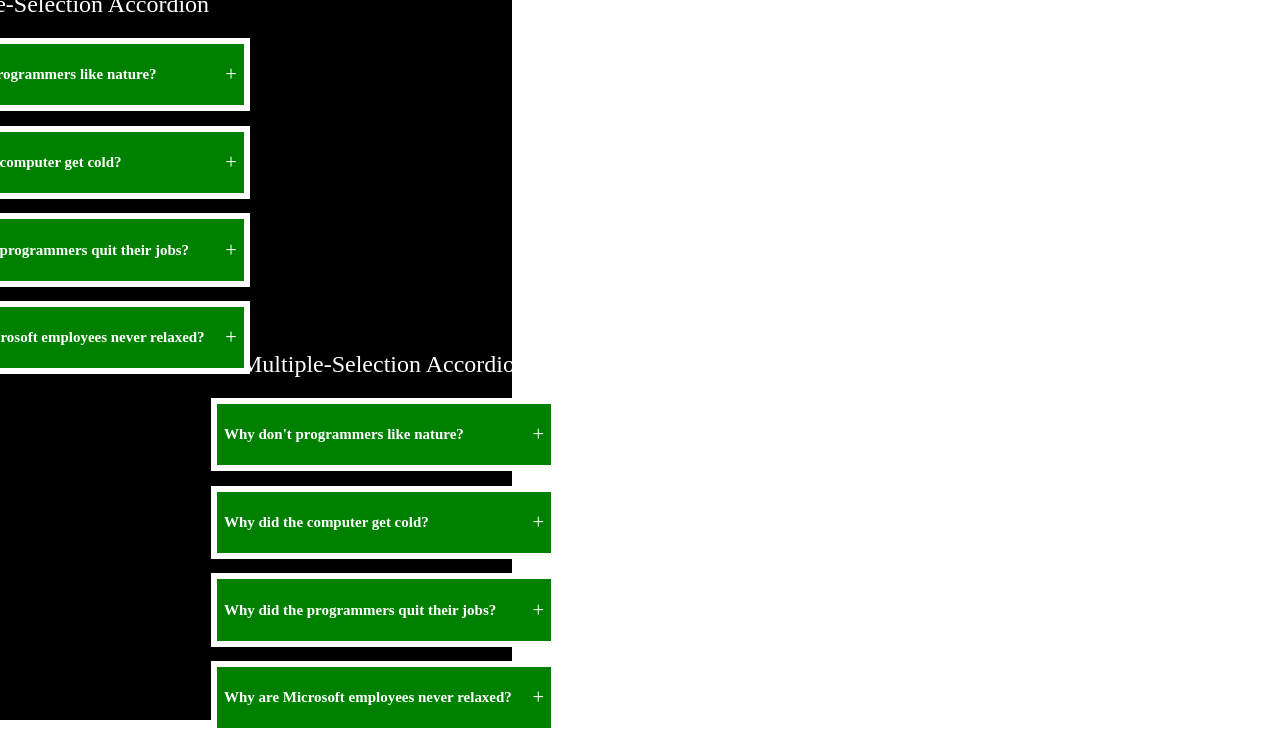
Repository: kosenijr/react-projects
Page: / (app in accordion/)
These files come from the project's save history. The page is drawn as it stood at one moment and after the next save; the edit follows.
The browser window is 1280 px wide. The pictures show the whole page.
The project was rebuilt for these pictures with package versions that can differ from the ones it lists, and the page was loaded fresh each time.

Above is the page before, as saved 2024-03-03 12:51:30.

### accordion/src/App.js
import React from "react";
import "./App.css";
import SingleSelection from "./components/SingleSelection";
import MultiSelection from "./components/MultiSelection";

function App() {
  return (
    <div className="App">
      <SingleSelection />
      <MultiSelection />
    </div>
  );
}

export default App;

### accordion/src/App.css
.App {
  height: 100vh;
  width: 40vw;
  text-align: center;
  background-color: black;
  color: white;
}

### accordion/src/components/SingleSelection.js
import React, { useState } from "react";
import "../styles/SingleSelection.css";
import data from "../data";

function SingleSelection() {
  // setting up useState.
  const [selected, setSelected] = useState(null);
  // setting up handling
  const handleSingleSelection = (getCurrentId) => {
    console.log(selected, getCurrentId);
    // setSelected(getCurrentId === selected ? null : getCurrentId); // keep add condition for closure
    setSelected(selected !== getCurrentId ? getCurrentId : null);
  };

  return (
    <div className="single-selection-wrapper">
      {/* Single-Selection Accordion */}
      <div className="single-selection-accordion">
        <h2 className="single-selection-description">Single-Selection Accordion</h2>
        {data && data.length > 0 ? (
          data.map((dataItem) => (
            <div className="single-selection-item" key={dataItem.id} onClick={() => handleSingleSelection(dataItem.id)}>
              {/* always remember to add key */}
              <div className="single-selection-title">
                <h3>{dataItem.question}</h3>
                <span className="single-selection-span">{selected === dataItem.id ? "-" : "+"}</span>
              </div>
              {selected === dataItem.id ? (
                <div className="single-selection-content ">{dataItem.answer}</div>
              ) : null}
            </div>
          ))
        ) : (
          <div>No data found!</div>
        )}
      </div>
    </div>
  );
}

export default SingleSelection;

### accordion/src/components/MultiSelection.js
import React, { useState } from "react";
import "../styles/MultiSelection.css";
import data from "../data";

function MultiSelection() {
  // setting up useState.
  const [selected, setSelected] = useState(null);
  // setting up handling
  const handleMultiSelection = (getCurrentId) => {
    console.log(selected, getCurrentId);
    // setSelected(getCurrentId === selected ? null : getCurrentId); // keep add condition for closure
    setSelected(selected !== getCurrentId ? getCurrentId : null);
  };

  return (
    <div className="multi-selection-wrapper">
      {/* Multi-Selection Accordion */}
      <div className="multi-selection-accordion">
        <h2 className="multi-selection-description">Multiple-Selection Accordion</h2>
        {data && data.length > 0 ? (
          data.map((dataItem) => (
            <div className="multi-selection-item" key={dataItem.id} onClick={() => handleMultiSelection(dataItem.id)}>
              {/* always remember to add key */}
              <div className="multi-selection-title">
                <h3>{dataItem.question}</h3>
                <span className="multi-selection-span">{selected === dataItem.id ? "-" : "+"}</span>
              </div>
              {selected === dataItem.id ? (
                <div className="multi-selection-content ">{dataItem.answer}</div>
              ) : null}
            </div>
          ))
        ) : (
          <div>No data found!</div>
        )}
      </div>
    </div>
  );
}

export default MultiSelection;

### accordion/src/styles/SingleSelection.css
.single-selection-wrapper {
  display: flex;
  justify-content: center;
  align-items: center;
  height:50vh;
  width: 30%;
}

.single-selection-description {
  font-family: "Raleway";
  font-weight: 500;
}

.single-selection-item {
  background-color: green;
  color: white;
  font-size: 0.8em;
  font-family: "Raleway", "Times New Roman";
  margin: 2vh 0;
  padding: 1vh;
  width: 25vw;
  border: 0.5em solid white;
  cursor: pointer;
}

.single-selection-title {
  display: flex;
  justify-content: space-between;
  align-items: center;
}

.single-selection-span {
  font-size: 1.6em;;
}

.single-selection-content {
  display: flex;
  justify-content: space-between;
  color: burlywood;
  align-items: left;
  font-size: 1.2em;
  font-family:  "Raleway", "Times New Roman";
  font-weight: 600;

}

### accordion/src/data.js
const data = [
  {
    id: 1,
    question: "Why don't programmers like nature?",
    answer: "It has too many bugs!",
  },

  {
    id: 2,
    question: "Why did the computer get cold?",
    answer: "It left its Windows open.",
  },

  {
    id: 3,
    question: "Why did the programmers quit their jobs?",
    answer: "Because they didn't get arrays!",
  },

  {
    id: 4,
    question: "Why are Microsoft employees never relaxed?",
    answer: "Because they're always on Edge.",
  },
];

export default data;

### accordion/src/styles/MultiSelection.css
.multi-selection-wrapper {
  display: flex;
  justify-content: center;
  align-items: center;
  height: 50vh;
  width: 50%;
  float: right;
}

.multi-selection-description {
  font-family: "Raleway";
  font-weight: 500;
}

.multi-selection-item {
  background-color: green;
  color: white;
  font-size: 0.8em;
  font-family: "Raleway", "Times New Roman";
  margin: 2vh 0;
  padding: 1vh;
  width: 25vw;
  border: 0.5em solid white;
  cursor: pointer;
}

.multi-selection-title {
  display: flex;
  justify-content: space-between;
  align-items: center;
}

.multi-selection-span {
  font-size: 1.6em;
}

.multi-selection-content {
  display: flex;
  justify-content: space-between;
  color: burlywood;
  align-items: left;
  font-size: 1.2em;
  font-family: "Raleway", "Times New Roman";
  font-weight: 600;
}

Loaded but not shown: accordion/public/index.html (common file); accordion/src/index.js (common file); accordion/src/index.css (common file); accordion/src/reportWebVitals.js (common file)

After the next save:
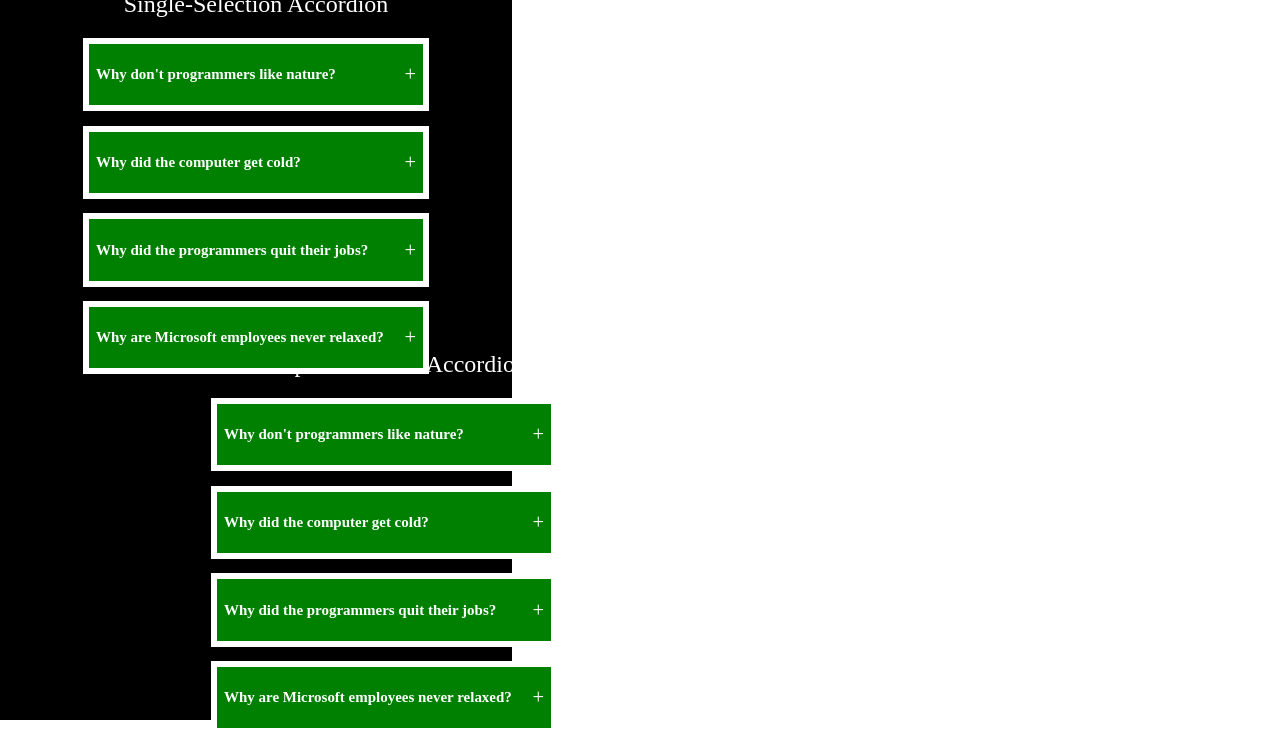
Saved 6 s later.
--- a/accordion/src/styles/SingleSelection.css
+++ b/accordion/src/styles/SingleSelection.css
@@ -3,7 +3,7 @@
   justify-content: center;
   align-items: center;
   height:50vh;
-  width: 30%;
+  width: 40vw;
 }
 
 .single-selection-description {
